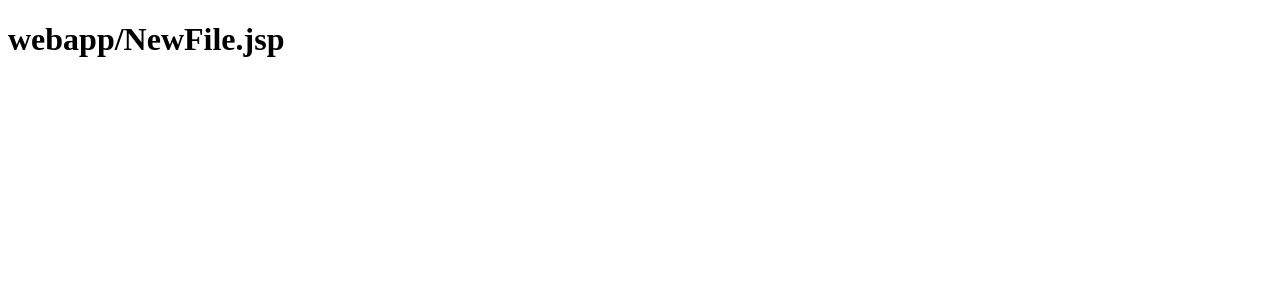
Repository: kkw2758/Front-end
Page: http://localhost/spring_day01/NewFile.jsp
The author's editor kept a copy of each file at every save. The page is drawn from the files as they stood at one save, then again after the next save.
The browser window is 1280 px wide. The pictures show the whole page.
The page is served by Tomcat 9.

Above is the page before, as saved 2023-02-24 01:37:12.

After the next save:
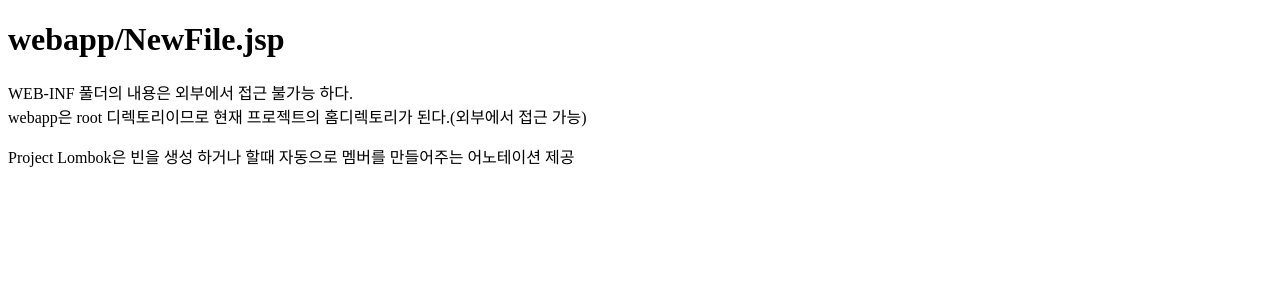
Saved 6 s later.
--- a/backend_work/JAVA/day01/spring_day01/src/main/webapp/NewFile.jsp
+++ b/backend_work/JAVA/day01/spring_day01/src/main/webapp/NewFile.jsp
@@ -8,5 +8,11 @@
 </head>
 <body>
 <h1>webapp/NewFile.jsp</h1>
+<p>WEB-INF 풀더의 내용은 외부에서 접근 불가능 하다.</br>
+webapp은 root 디렉토리이므로 현재 프로젝트의 홈디렉토리가 된다.(외부에서 접근 가능)
+</p>
+<p>
+Project Lombok은 빈을 생성 하거나 할때 자동으로 멤버를 만들어주는 어노테이션 제공
+</p>
 </body>
 </html>
